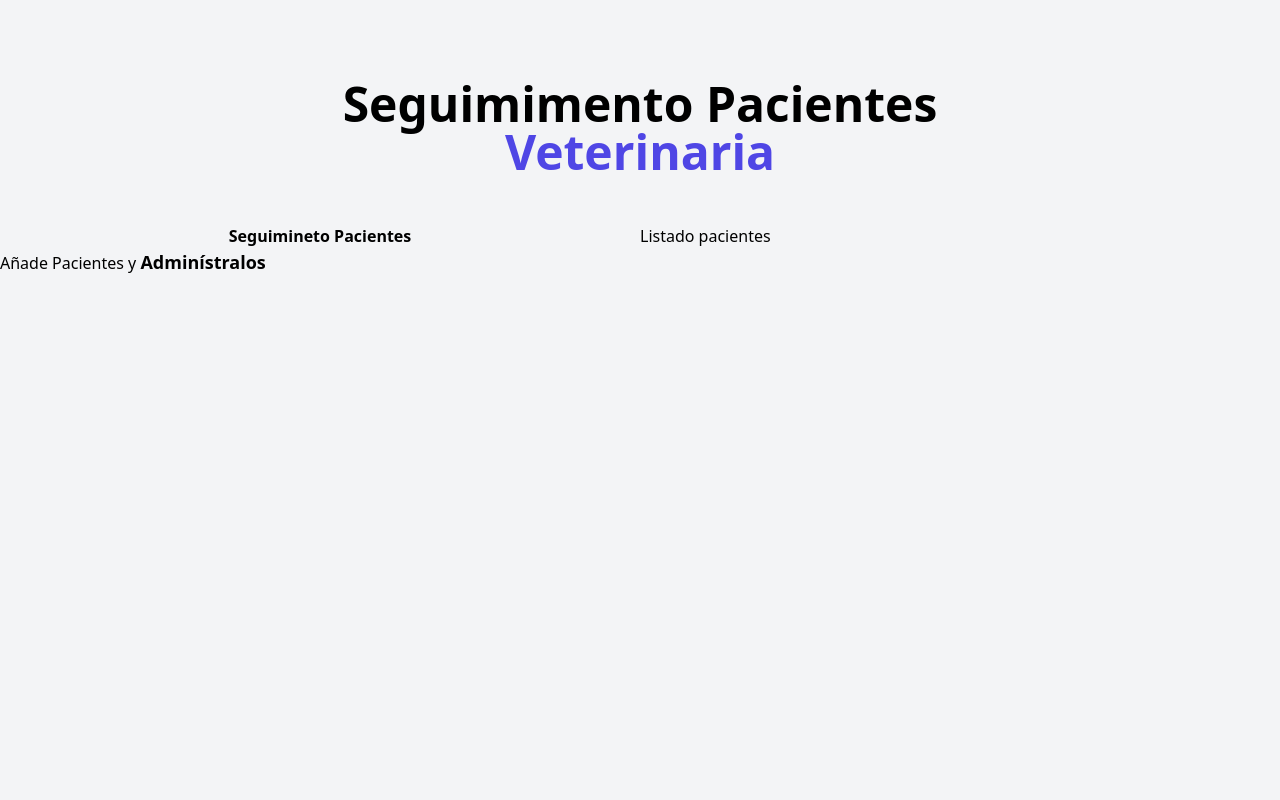
Repository: rlaureano/citas_react
Page: /
These files come from the project's save history. The page is drawn as it stood at one moment and after the next save; the edit follows.
The browser window is 1280 px wide. The pictures show the whole page.
The project was rebuilt for these pictures with package versions that can differ from the ones it lists, and the page was loaded fresh each time. Also part of the build but not shown: vite.config.js.

Above is the page before, as saved 2022-01-11 22:04:04.

### src/App.jsx
import Formulario from "./components/Formulario"
import Header from "./components/Header"
import ListadoPacientes from "./components/ListadoPacientes"

function App() {

  return (
    <div className="container mx-auto mt-20">
      <Header  />
      <div className="mt-12 md:flex">
        <Formulario  />
        <ListadoPacientes />
      </div>
    </div>
  )
}

export default App

### src/components/Formulario.jsx
import React from 'react'

const Formulario = () => {
  return (
    <div className="md:w-1/2 lg:w2/5">
      <h2 className="font-black text-3x1 text-center">Seguimineto Pacientes</h2>
      <p>
        Añade Pacientes y {''}
        <span className="text-indigo-6000 font-bold text-lg">Adminístralos</span>
      </p>
    </div>
  )
}

export default Formulario

### src/components/Header.jsx
function Header() {
  return (

      <h1 className="font-black text-5xl text-center md:w-2/3 mx-auto">Seguimimento Pacientes {''}
        <span className="text-indigo-600">Veterinaria</span>
      </h1>

  )
}

export default Header

### src/components/ListadoPacientes.jsx
import React from 'react'

const ListadoPacientes = () => {
  return (
    <div className="w-1/2 ld:w-3/5">
      <h2>Listado pacientes</h2>
    </div>
  )
}

export default ListadoPacientes

### tailwind.config.js
module.exports = {
  purge: ["./index.html", "./src/**/*.{jsx}"],
  content: [],
  theme: {
    extend: {},
  },
  plugins: [],
}

Loaded but not shown: index.html (common file); src/main.jsx (common file); src/index.css (common file)

After the next save:
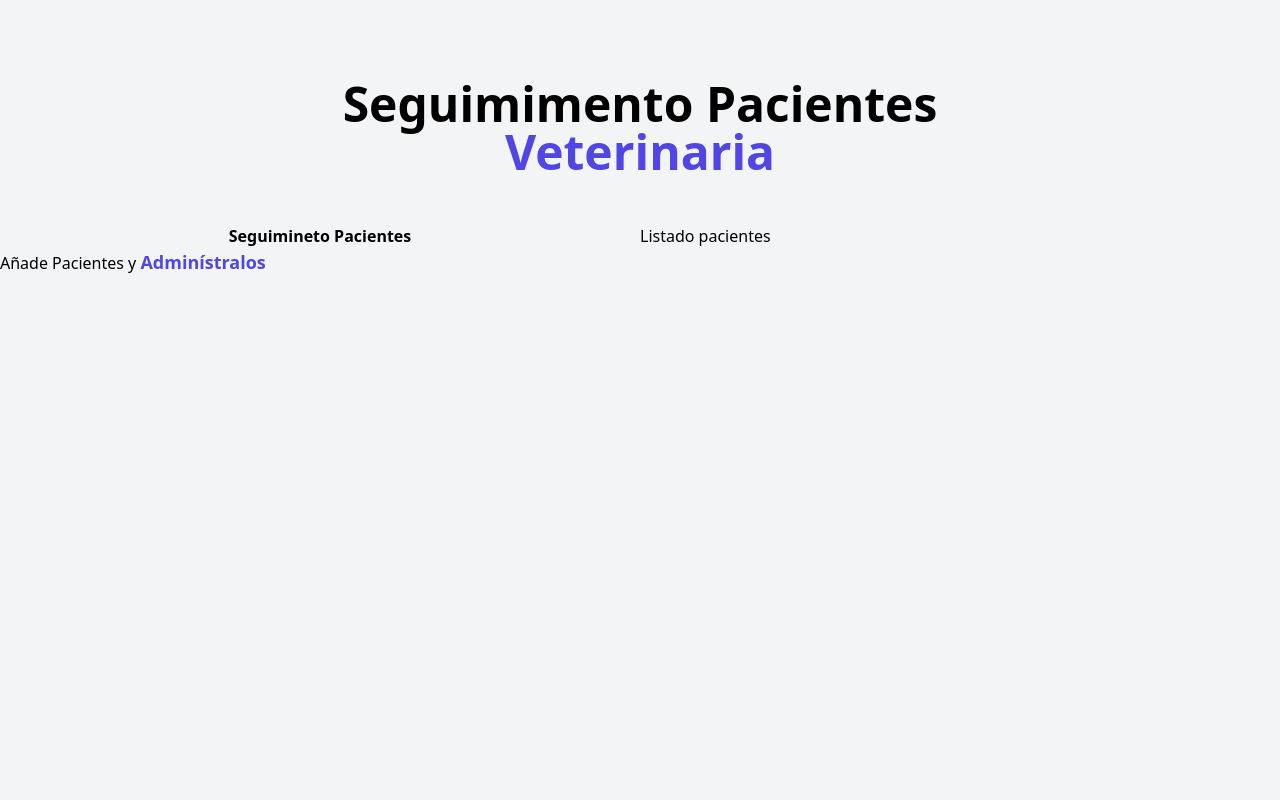
Saved 7 s later.
--- a/src/components/Formulario.jsx
+++ b/src/components/Formulario.jsx
@@ -6,7 +6,7 @@ const Formulario = () => {
       <h2 className="font-black text-3x1 text-center">Seguimineto Pacientes</h2>
       <p>
         Añade Pacientes y {''}
-        <span className="text-indigo-6000 font-bold text-lg">Adminístralos</span>
+        <span className="text-indigo-600 font-bold text-lg">Adminístralos</span>
       </p>
     </div>
   )
